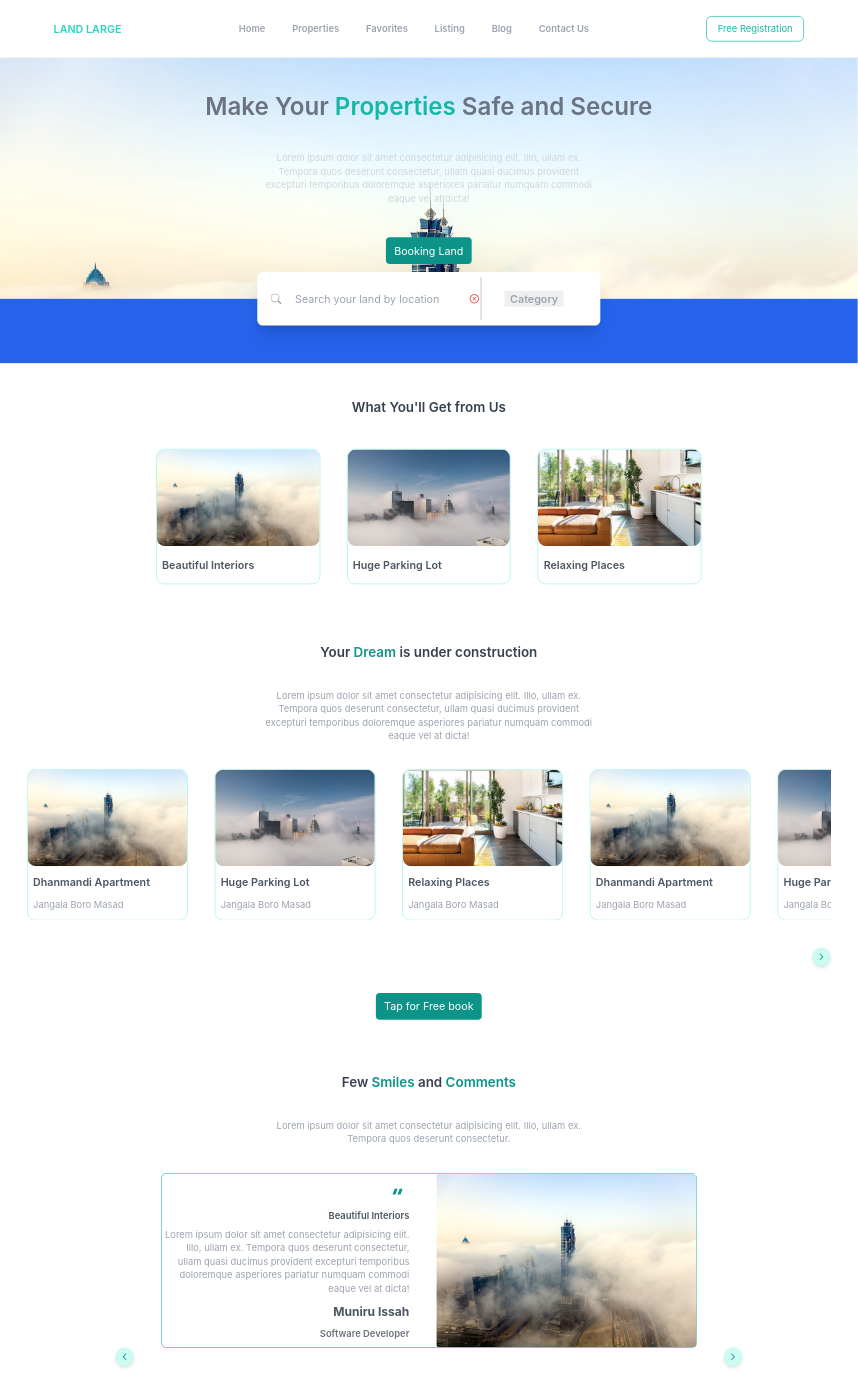
Repository: MuniruIssah/realestate
Page: /
The author's editor kept a copy of each file at every save. The page is drawn from the files as they stood at one save, then again after the next save.
The browser window is 1280 px wide. The pictures show the whole page, at 67% of full size.
The project was rebuilt for these pictures with package versions that can differ from the ones it lists, and the page was loaded fresh each time. Also part of the build but not shown: src/App.css.

Above is the page before, as saved 2022-02-20 07:40:18.

### src/App.js
import logo from "./logo.svg";
import "./App.css";
import Header from "./components/Header";
import Jumbotron from "./components/Jumbotron";
import Search from "./components/Search";
import Services from "./components/Services";
import UnderConstruction from "./components/UnderConstruction";
import SmilesAndComments from "./components/SmilesAndComments";

function App() {
  return (
    <div className="h-screen">
      <Header />
      <Jumbotron />
      <Search />
      <Services />
      <UnderConstruction/>
      <SmilesAndComments/>
    </div>
  );
}

export default App;

### src/components/Header.js
import React from "react";
const links = [
  "Home",
  "Properties",
  "Favorites",
  "Listing",
  "Blog",
  "Contact Us",
];
const Header = () => {
  return (
    <div className="flex justify-between items-center px-3 lg:px-20 py-6">
      <span className="uppercase text-teal-400  font-semibold">land large</span>
      <div className="hidden lg:flex space-x-10 items-center">
        {links.map((link, index) => (
          <LinkItem key={index} name={link} />
        ))}
      </div>
      <button className="text-teal-500 border border-teal-500 rounded rounded-lg py-2 px-4 text-sm">
          Free Registration
      </button>
    </div>
  );
};

export default Header;

const LinkItem = ({ name }) => {
  return (
    <a href="#" className="text-gray-400 hover:text-teal-500 font-semibold text-sm">
      {name}
    </a>
  );
};

### src/components/Jumbotron.js
import React from "react";
import building from "../assets/building_cloud.jpg";
const Jumbotron = () => {
  return (
    <div
      style={{ backgroundImage: `url(${building})` }}
      className="h-3/6 flex flex-col justify-center items-center space-y-12 w-full  bg-no-repeat bg-cover"
    >
      <span className="lg:text-4xl text-gray-500 text-center font-semibold">
        Make Your <span className="text-teal-500">Properties</span> Safe and
        Secure
      </span>
      <p className="text-gray-300 text-sm text-center max-w-lg">
        Lorem ipsum dolor sit amet consectetur adipisicing elit. Illo, ullam ex.
        Tempora quos deserunt consectetur, ullam quasi ducimus provident
        excepturi temporibus doloremque asperiores pariatur numquam commodi
        eaque vel at dicta!
      </p>
      <button className="text-white bg-teal-600 py-2 px-3 rounded rounded-md">
          Booking Land
      </button>
    </div>
  );
};

export default Jumbotron;

### src/components/Search.js
import React from "react";
import { BsSearch } from "react-icons/bs";
import { AiOutlineCloseCircle } from "react-icons/ai";
const Search = () => {
  return (
    <div className="hidden lg:block  h-24 relative w-full bg-blue-600 mb-6">
      <div className="absolute h-20 w-full  -top-10">
        <div className="flex shadow shadow-xl h-full w-2/5 rounded rounded-lg bg-white mx-auto px-5 py-2">
          <div className="basis-2/3 flex items-center justify-center border-r-2 border-gray-300 space-x-5 ">
            <BsSearch className="text-gray-400" />
            <input
              type="text"
              className="w-60 outline-none text-gray-400"
              placeholder="Search your land by location"
            />
            <AiOutlineCloseCircle className="text-red-500" />
          </div>
          <div className="flex justify-center items-center basis-1/3">
            <select
              name="category"
              className="text-gray-400 outline-none px-2 font-semibold appearance-none"
              id=""
            >
              <option>Category</option>
            </select>
          </div>
        </div>
      </div>
    </div>
  );
};

export default Search;

### src/components/Services.js
import React from "react";
import interior from "../assets/interior.jpg";
import R from "../assets/R.png";
import building_cloud from "../assets/building_cloud.jpg";

const servicesList = [
  {
    image: building_cloud,
    service: "Beautiful Interiors",
  },
  {
    image: R,
    service: "Huge Parking Lot",
  },
  {
    image: interior,
    service: "Relaxing Places",
  },
];
const Services = () => {
  return (
    <div className="w-full flex flex-col justify-center items-center space-y-7 p-7">
      <h2 className="text-gray-700 text-xl font-semibold">
        What You'll Get from Us
      </h2>

      <div className=" md:flex  md:space-x-10 justify-center items-start w-full">
        {servicesList.map((service, index) => (
          <ServicesCard key={index} {...service} />
        ))}
      </div>
    </div>
  );
};

export default Services;

const ServicesCard = ({ image, service }) => {
  return (
    <div className="group w-full my-5 md:w-1/5 border border-teal-200 hover:bg-teal-600 hover:ring-teal-600 rounded rounded-xl">
      <img
        src={image}
        alt="service"
        className="w-full h-36 object-cover rounded rounded-xl group-hover:contrast-50"
      />
      <span className="block py-4 px-2 text-gray-600 font-semibold group-hover:text-white ">
        {service}
      </span>
      <button className="mx-3 mb-3 py-2 px-3 bg-white text-teal-600 group-hover:block hidden rounded rounded-2xl ">
        Know More
      </button>
    </div>
  );
};

### src/components/UnderConstruction.js
import React from "react";
import interior from "../assets/interior.jpg";
import R from "../assets/R.png";
import building_cloud from "../assets/building_cloud.jpg";
import { MdOutlineArrowForwardIos } from "react-icons/md";
const servicesList = [
  {
    image: building_cloud,
    service: "Dhanmandi Apartment",
    description: "Jangala Boro Masad",
  },
  {
    image: R,
    service: "Huge Parking Lot",
    description: "Jangala Boro Masad",
  },
  {
    image: interior,
    service: "Relaxing Places",
    description: "Jangala Boro Masad",
  },
  {
    image: building_cloud,
    service: "Dhanmandi Apartment",
    description: "Jangala Boro Masad",
  },
  {
    image: R,
    service: "Huge Parking Lot",
    description: "Jangala Boro Masad",
  },
  {
    image: interior,
    service: "Relaxing Places",
    description: "Jangala Boro Masad",
  },
  {
    image: building_cloud,
    service: "Dhanmandi Apartment",
    description: "Jangala Boro Masad",
  },
  {
    image: R,
    service: "Huge Parking Lot",
    description: "Jangala Boro Masad",
  },
  {
    image: interior,
    service: "Relaxing Places",
    description: "Jangala Boro Masad",
  },
];

const UnderConstruction = () => {
  return (
    <div className="w-full flex flex-col justify-center items-center space-y-10 p-10">
      <h2 className="text-gray-700 text-xl font-semibold">
        Your <span className="text-teal-600">Dream</span> is under construction
      </h2>
      <p className="text-gray-400 text-sm text-center max-w-lg">
        Lorem ipsum dolor sit amet consectetur adipisicing elit. Illo, ullam ex.
        Tempora quos deserunt consectetur, ullam quasi ducimus provident
        excepturi temporibus doloremque asperiores pariatur numquam commodi
        eaque vel at dicta!
      </p>
      <div className="w-full flex flex-no-wrap space-x-10 overflow-x-auto scroll-smooth scroll-pl-6 snap-x">
        {servicesList.map((service, index) => (
          <UnderConstructionCard key={index} {...service} />
        ))}
      </div>

      <button className="bg-teal-100 text-xs rounded rounded-full text-teal-600 p-2  self-end shadow-md">
        <MdOutlineArrowForwardIos />
      </button>
      <button className="text-white bg-teal-600 py-2 px-3 rounded rounded-md">
        Tap for Free book
      </button>
    </div>
  );
};

export default UnderConstruction;

const UnderConstructionCard = ({ image, service, description }) => {
  return (
    <div className="group snap-start flex-shrink-0  md:w-60 border border-teal-200 hover:bg-teal-600 hover:ring-teal-600 rounded rounded-xl">
      <img
        src={image}
        alt="service"
        className="w-full h-36 object-cover rounded rounded-xl group-hover:contrast-50"
      />
      <span className="block py-3 px-2 text-gray-600 font-semibold group-hover:text-white ">
        {service}
      </span>
      <span className="block pb-3 px-2 text-gray-400 text-sm  group-hover:text-white ">
        {description}
      </span>
      {/* <button className="mx-3 mb-3 py-2 px-3 bg-white text-teal-600 group-hover:block hidden rounded rounded-2xl ">
          Know More
        </button> */}
    </div>
  );
};

### src/components/SmilesAndComments.js
import React from "react";
import interior from "../assets/interior.jpg";
import R from "../assets/R.png";
import building_cloud from "../assets/building_cloud.jpg";
import {
  MdOutlineArrowForwardIos,
  MdOutlineArrowBackIos,
} from "react-icons/md";
import { CgQuote } from "react-icons/cg";
const commentList = [
  {
    image: building_cloud,
    title: "Beautiful Interiors",
    name: "Muniru Issah",
    role: "Software Developer",
    description: `Lorem ipsum dolor sit amet consectetur adipisicing elit. Illo, ullam ex.
    Tempora quos deserunt consectetur, ullam quasi ducimus provident
    excepturi temporibus doloremque asperiores pariatur numquam commodi
    eaque vel at dicta!`,
  },
  {
    image: R,
    title: "Huge Parking Lot",
    name: "Muniru Issah",
    role: "Software Developer",
    description: `Lorem ipsum dolor sit amet consectetur adipisicing elit. Illo, ullam ex.
    Tempora quos deserunt consectetur, ullam quasi ducimus provident
    excepturi temporibus doloremque asperiores pariatur numquam commodi
    eaque vel at dicta!`,
  },
  {
    image: interior,
    title: "Relaxing Places",
    name: "Muniru Issah",
    role: "Software Developer",
    description: `Lorem ipsum dolor sit amet consectetur adipisicing elit. Illo, ullam ex.
      Tempora quos deserunt consectetur, ullam quasi ducimus provident
      excepturi temporibus doloremque asperiores pariatur numquam commodi
      eaque vel at dicta!`,
  },
];
const SmilesAndComments = () => {
  return (
    <div className="w-full flex flex-col justify-center items-center space-y-10 p-10">
      <h2 className="text-gray-700 text-xl font-semibold">
        Few <span className="text-teal-600">Smiles</span> and{" "}
        <span className="text-teal-600">Comments</span>
      </h2>
      <p className="text-gray-400 text-sm text-center max-w-lg">
        Lorem ipsum dolor sit amet consectetur adipisicing elit. Illo, ullam ex.
        Tempora quos deserunt consectetur.
      </p>
      <div className="flex space-x-10 justify-center items-center ">
        <button className="bg-teal-100 text-xs rounded rounded-full text-teal-600 p-2  self-end shadow-md">
          <MdOutlineArrowBackIos />
        </button>
        <div className="basis-2/3 flex flex-no-wrap space-x-10 overflow-x-auto scroll-smooth scroll-pl-6 snap-mandatory">
          {commentList.map((comment, index) => (
            <SmilesAndCommentCard key={index} {...comment} />
          ))}
        </div>
        <button className="bg-teal-100 text-xs rounded rounded-full text-teal-600 p-2  self-end shadow-md">
          <MdOutlineArrowForwardIos />
        </button>
      </div>
    </div>
  );
};

export default SmilesAndComments;

const SmilesAndCommentCard = ({ image, title, description, name, role }) => {
  return (
    <div className="w-full flex-shrink-0 border border-teal-500 flex justify-center items-center space-x-10 h-full snap-start rounded rounded-lg">
      <div className="text-right flex flex-col">
        <CgQuote className="text-teal-600 text-4xl self-end" />
        <span className="font-semibold text-sm text-gray-600 my-2">
          {title}
        </span>
        <p className="text-gray-400 text-sm">
          {description}
        </p>
        <span className="font-bold text-lg text-gray-600 mt-3 mb-2">
            {name}
        </span>
        <span className="font-semibold text-sm text-gray-500">
          {role}
        </span>
      </div>
      <div className="">
        <img
          src={image}
          alt={title}
          className="rounded rounder-lg h-full hidden md:block object-center"
        />
      </div>
    </div>
  );
};

Loaded but not shown: public/index.html (common file); src/index.js (common file); src/index.css (common file); src/reportWebVitals.js (common file); tailwind.config.js (common file)

After the next save:
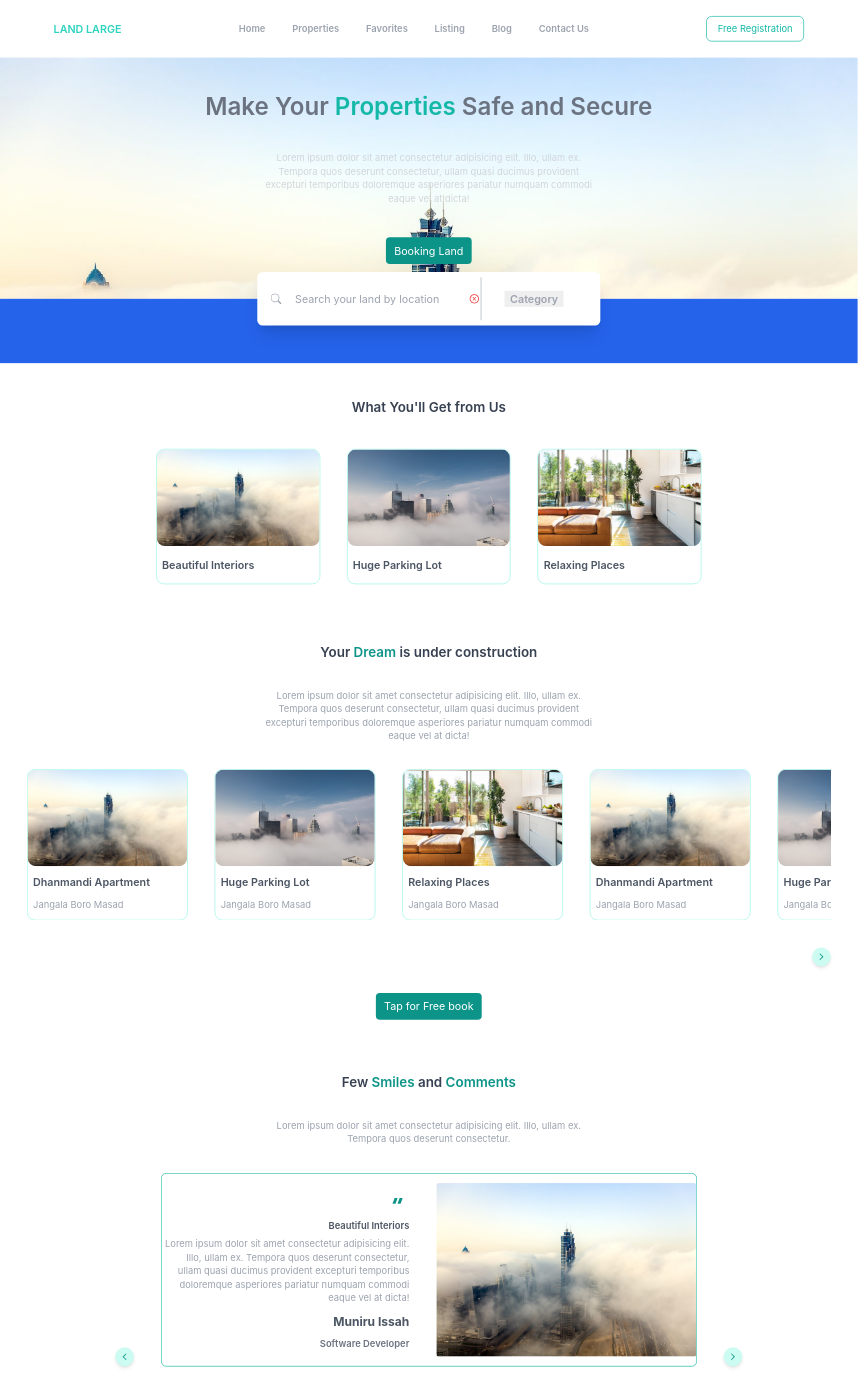
Saved 21 s later.
--- a/src/components/SmilesAndComments.js
+++ b/src/components/SmilesAndComments.js
@@ -71,7 +71,7 @@
 
 const SmilesAndCommentCard = ({ image, title, description, name, role }) => {
   return (
-    <div className="w-full flex-shrink-0 border border-teal-500 flex justify-center items-center space-x-10 h-full snap-start rounded rounded-lg">
+    <div className="w-full flex-shrink-0 border border-teal-500 flex justify-center items-center space-x-10 snap-start rounded rounded-lg">
       <div className="text-right flex flex-col">
         <CgQuote className="text-teal-600 text-4xl self-end" />
         <span className="font-semibold text-sm text-gray-600 my-2">

After the save that followed:
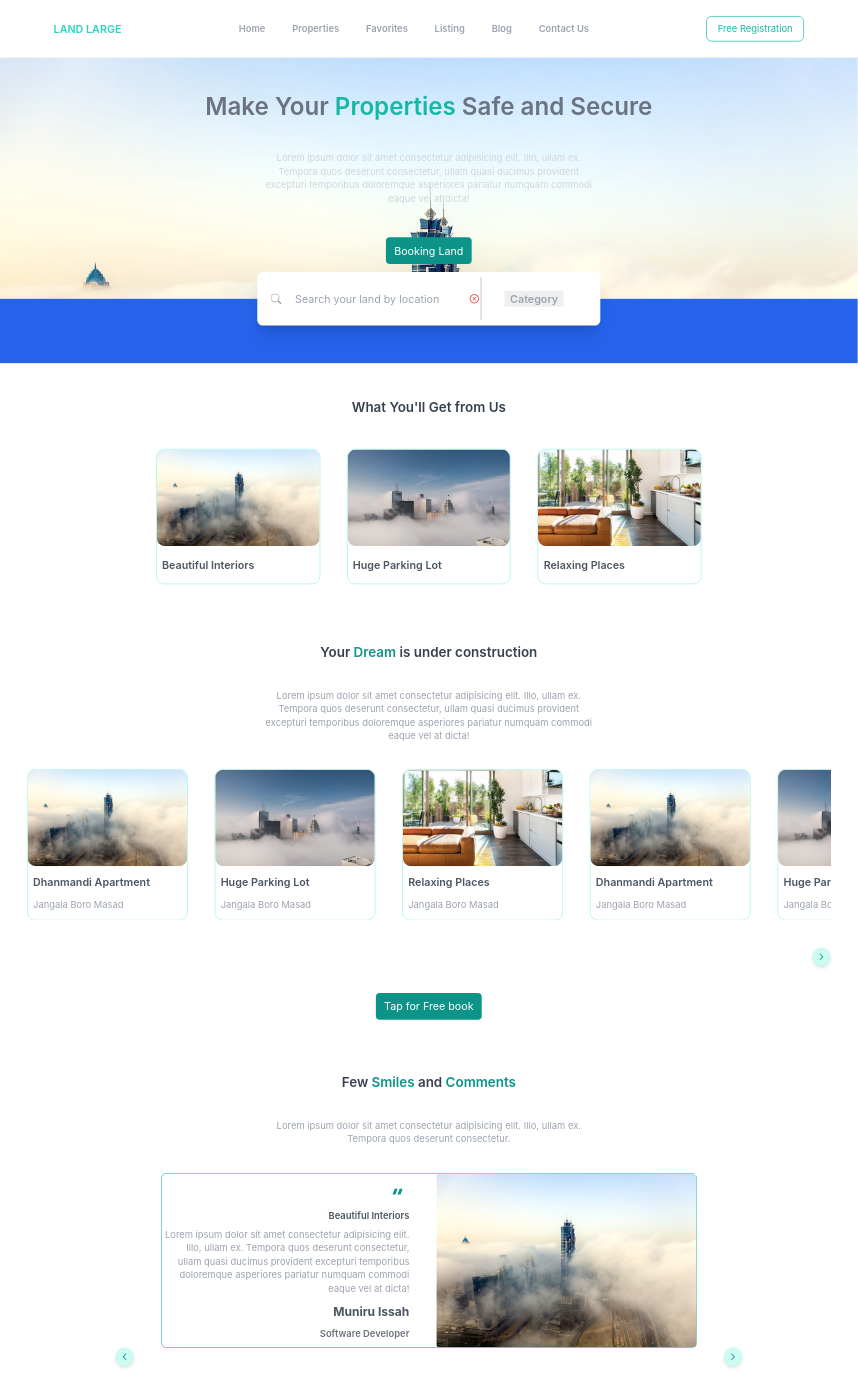
Saved 5 s later.
--- a/src/components/SmilesAndComments.js
+++ b/src/components/SmilesAndComments.js
@@ -71,7 +71,7 @@
 
 const SmilesAndCommentCard = ({ image, title, description, name, role }) => {
   return (
-    <div className="w-full flex-shrink-0 border border-teal-500 flex justify-center items-center space-x-10 snap-start rounded rounded-lg">
+    <div className="w-full h-full  flex-shrink-0 border border-teal-500 flex justify-center items-center space-x-10 snap-start rounded rounded-lg">
       <div className="text-right flex flex-col">
         <CgQuote className="text-teal-600 text-4xl self-end" />
         <span className="font-semibold text-sm text-gray-600 my-2">
